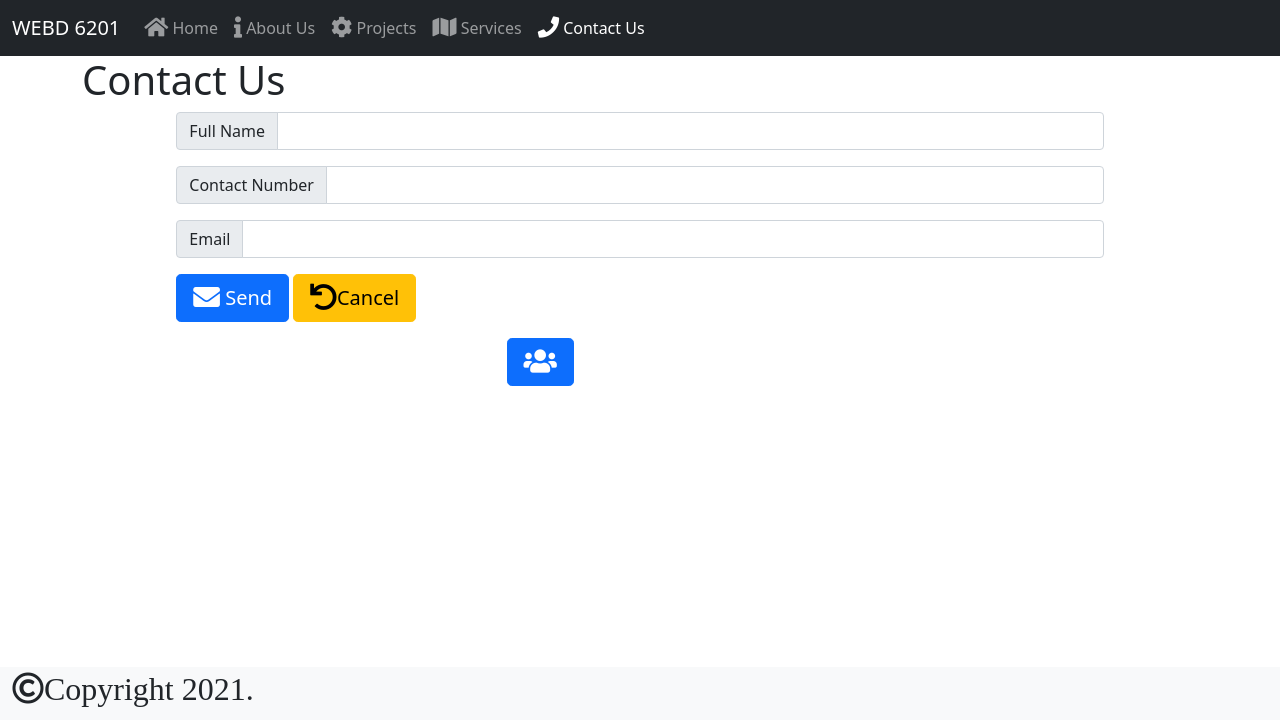
Repository: vans12345678/WEBD6201-W2021-Week3
Page: contact.html
An editor plug-in stored every save of this project. The page is shown before and after the next save, followed by the edit.
The browser window is 1280 px wide. The pictures show the whole page.

Above is the page before, as saved 2021-01-28 09:31:50.

After the next save:
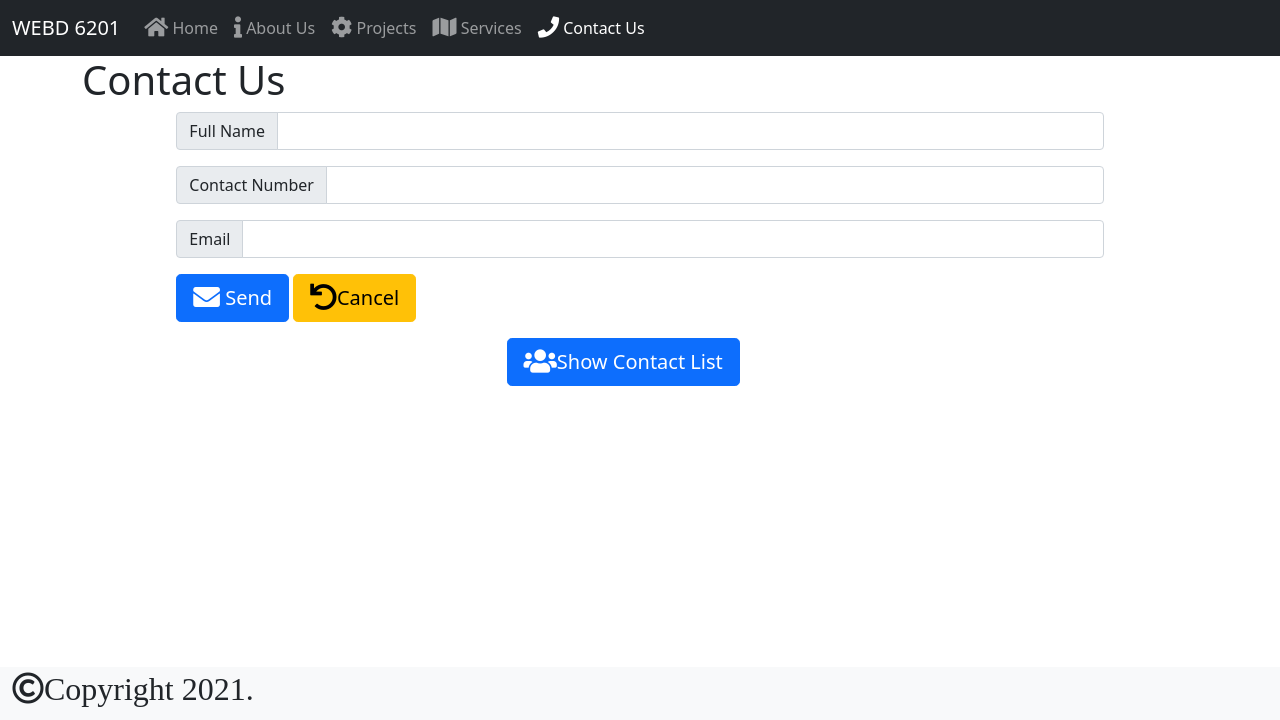
Saved 48 s later.
--- a/contact.html
+++ b/contact.html
@@ -77,7 +77,7 @@
         </form>
 
         <div class="col-lg-3 col-md-3">
-          <a href="contact-list.html" class="btn btn-primary btn-lg"><i class="fas fa-users fa-lg"></i></a>
+          <a href="contact-list.html" class="btn btn-primary btn-lg"><i class="fas fa-users fa-lg"></i>Show Contact List</a>
         </div>
         </div>
 
